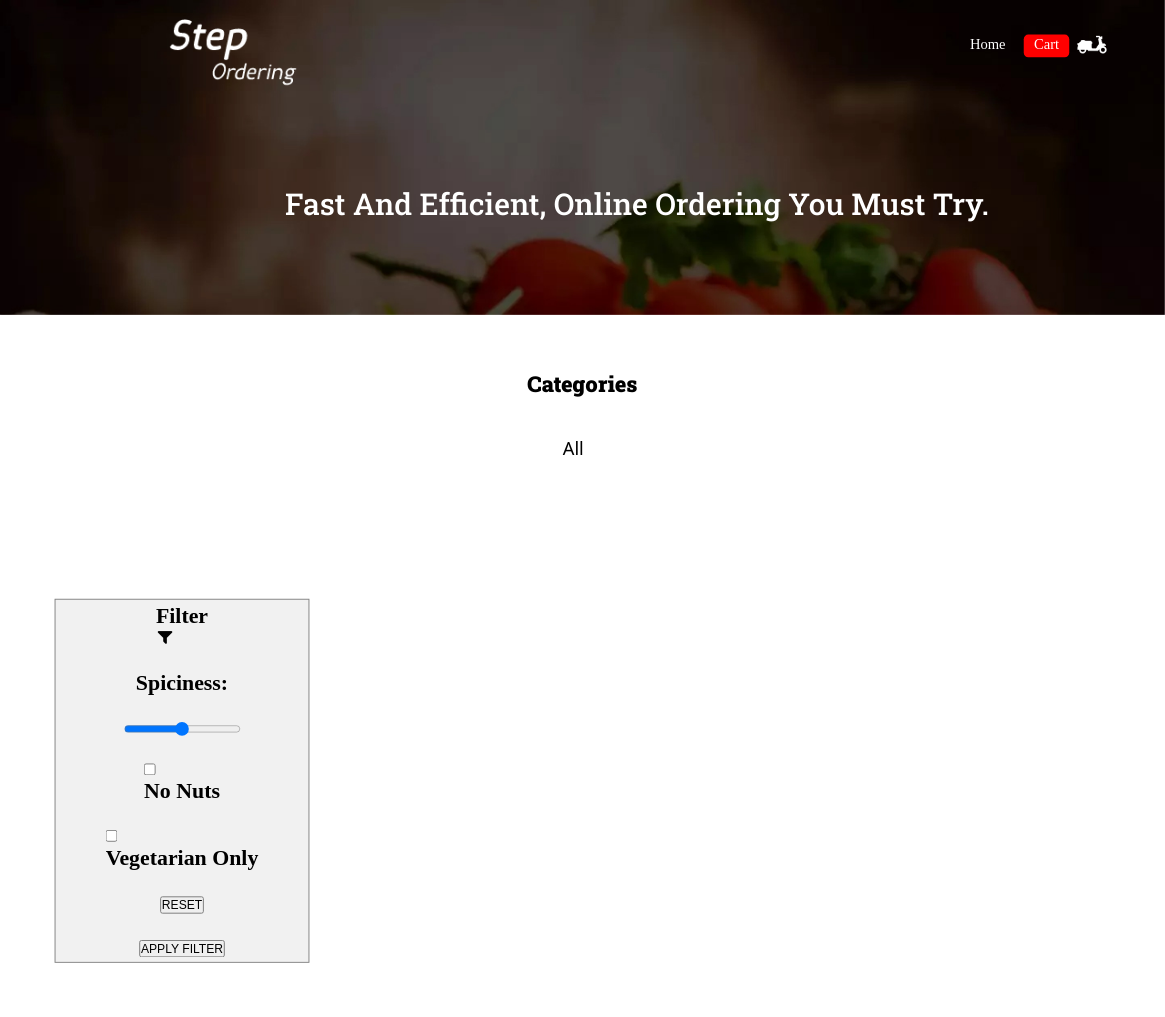
Repository: anastasia29-step/Online-Restaurant
Page: index.html
These files come from the project's save history. The page is drawn as it stood at one moment and after the next save; the edit follows.
The browser window is 1280 px wide. The pictures show the whole page, at 91% of full size.
Some web libraries are served in a nearby version.

Above is the page before, as saved 2026-03-09 17:05:22.
Not found: app.js/

After the next save:
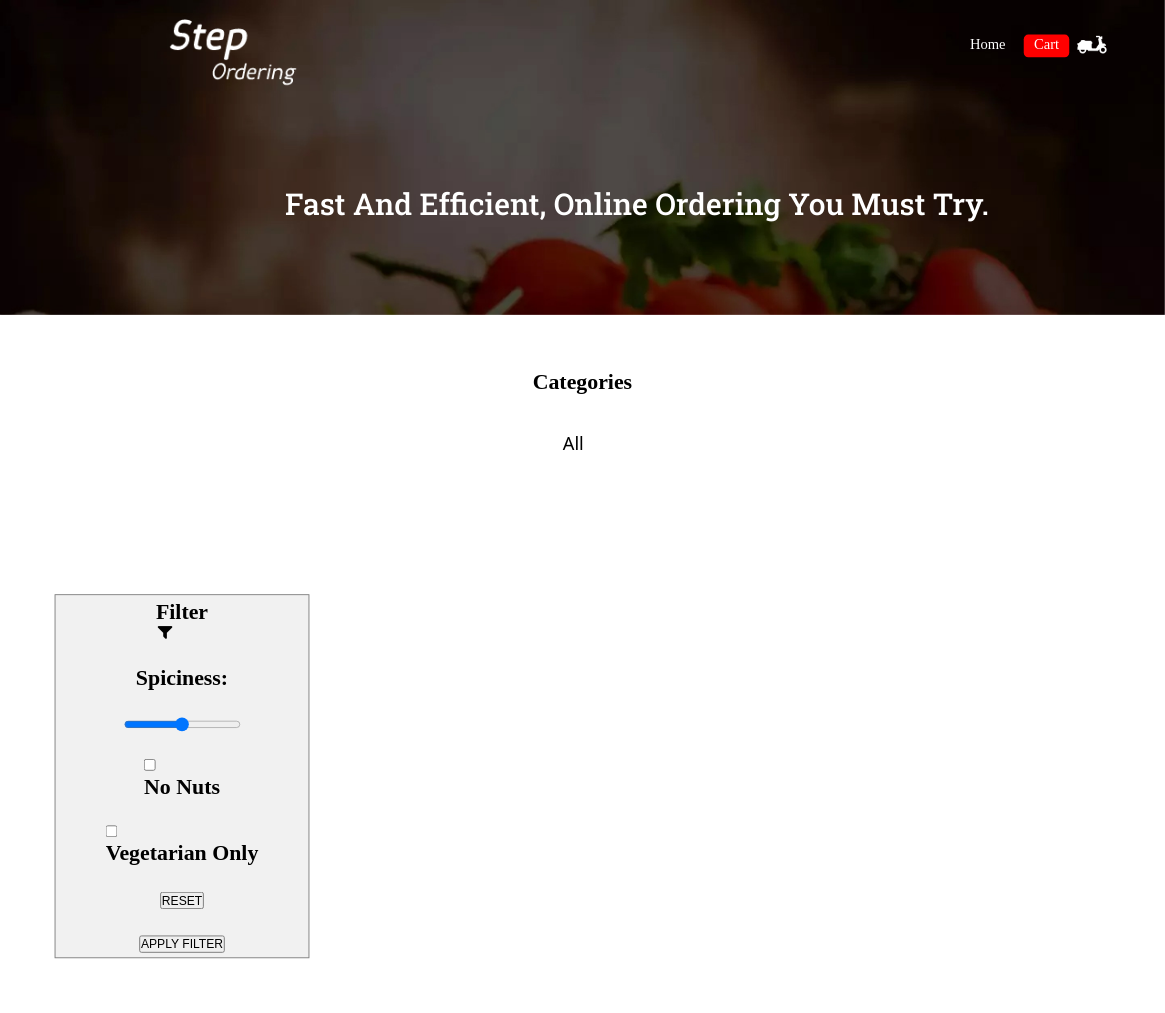
Saved 4 s later.
--- a/style.css
+++ b/style.css
@@ -11,7 +11,7 @@
 }
 
 .section h1 {
-    /* font-style: bold;/ */
+    font-style: bold;/
     font-family: "Roboto Slab", serif;
     font-weight: 900;
 }

After the save that followed:
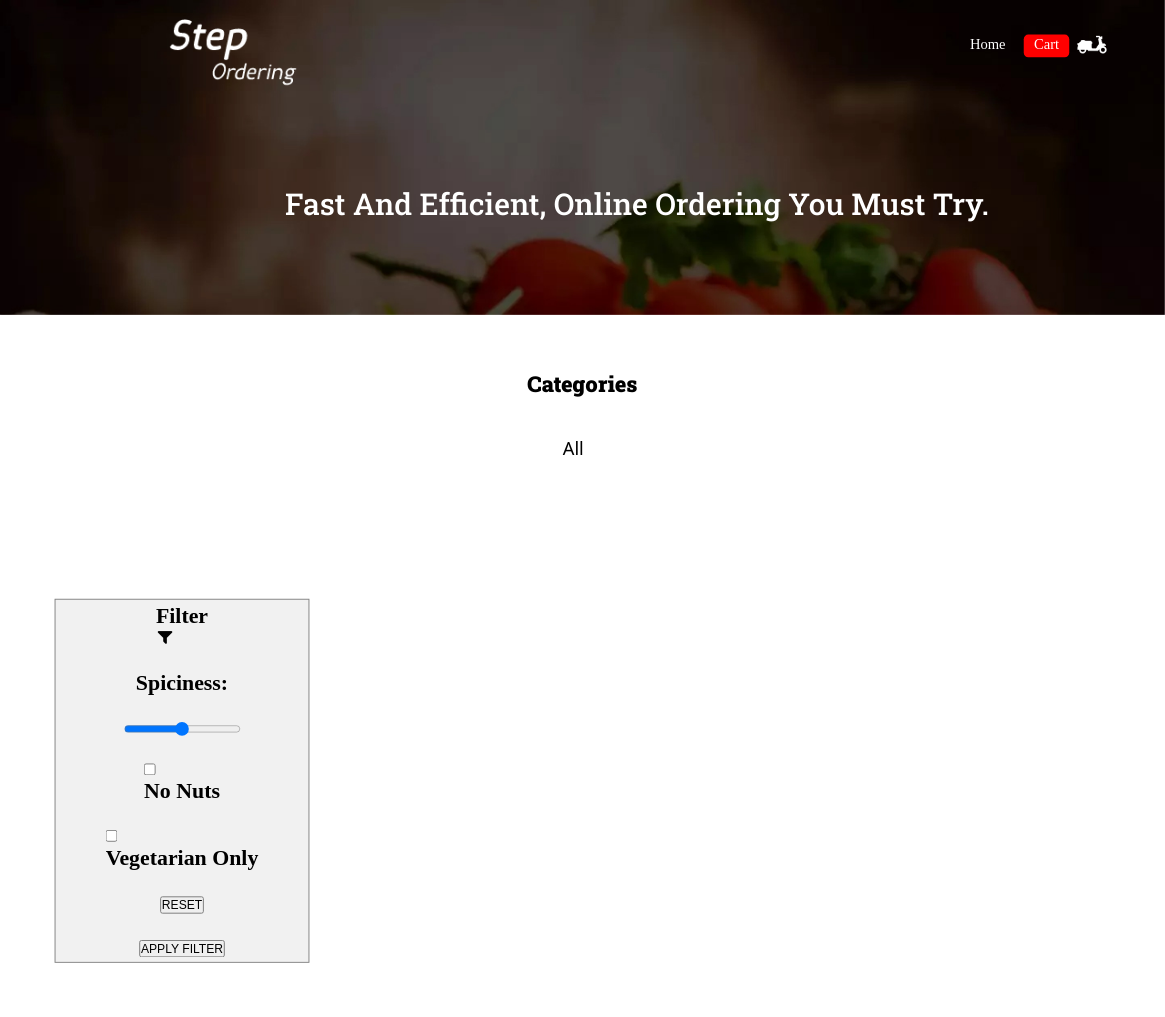
Saved 5 s later.
--- a/style.css
+++ b/style.css
@@ -11,7 +11,7 @@
 }
 
 .section h1 {
-    font-style: bold;/
+    font-style: bold;
     font-family: "Roboto Slab", serif;
     font-weight: 900;
 }
